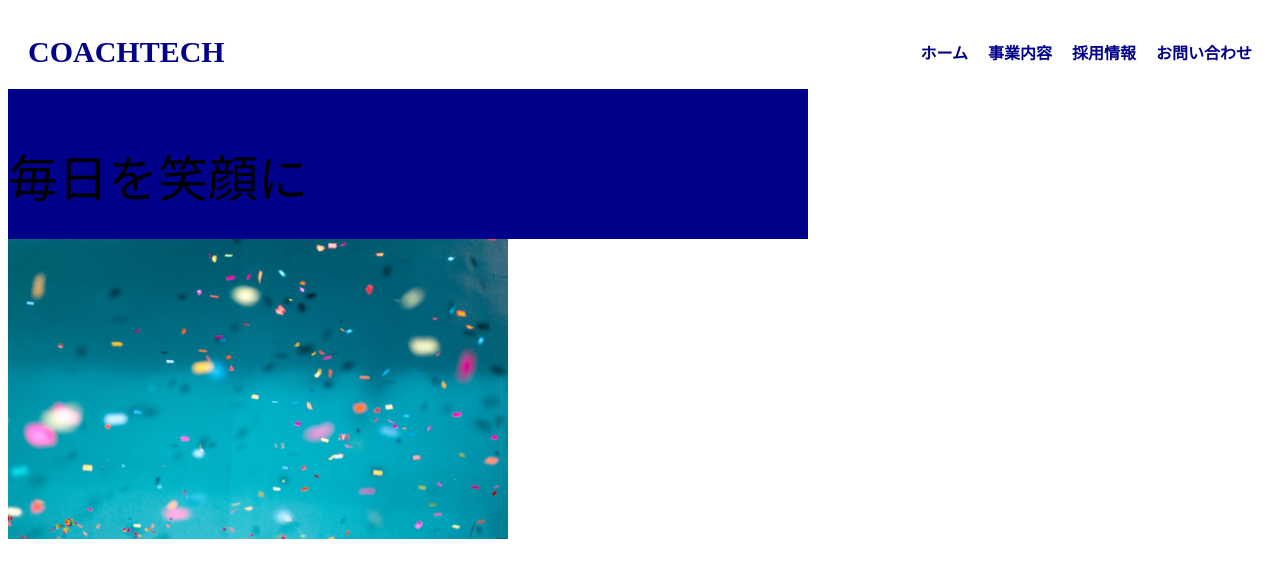
Repository: moro-ayu3/20230213_morohoshi
Page: index.html
An editor plug-in stored every save of this project. The page is shown before and after a run of saves, followed by the edit.
The browser window is 1280 px wide. The pictures show the whole page.

Above is the page before, as saved 2023-02-14 11:30:00.

After the next 3 saves:
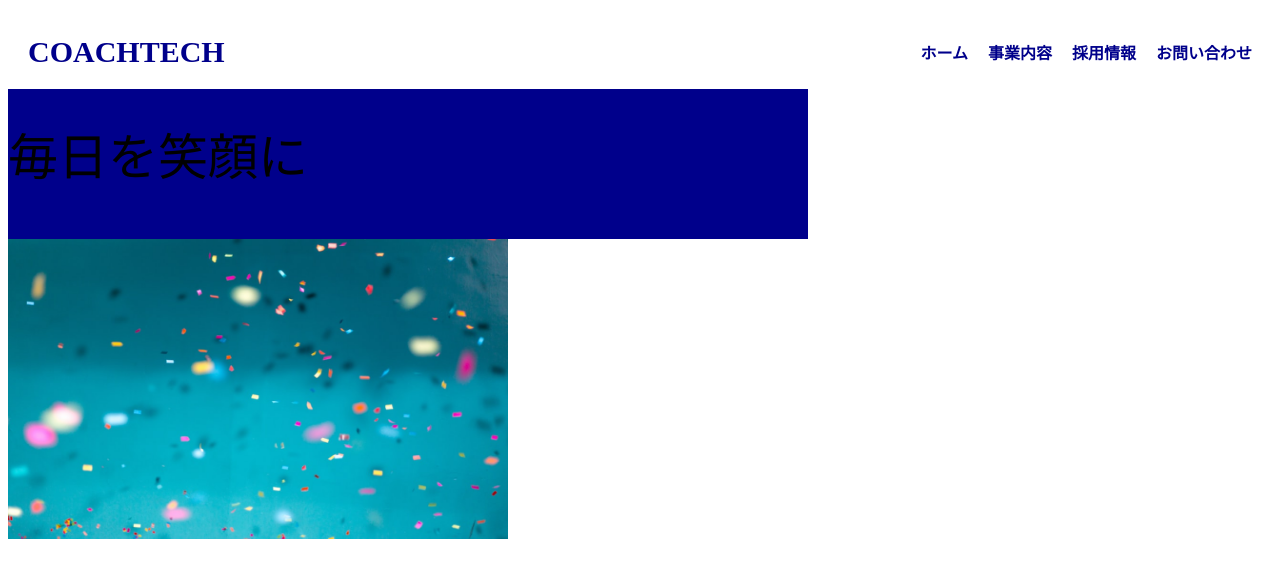
The 3 saves are shown as one change because they came seconds apart.
The last was saved 9 min 35 s later.
--- a/style.css
+++ b/style.css
@@ -39,7 +39,7 @@
 .flex {
   display: flex;
   flex-direction: row;
-  align-items: flex-start;
+  align-items: flex-end;
   width: 800px;
   height: 150px;
   background-color: #00008b;
